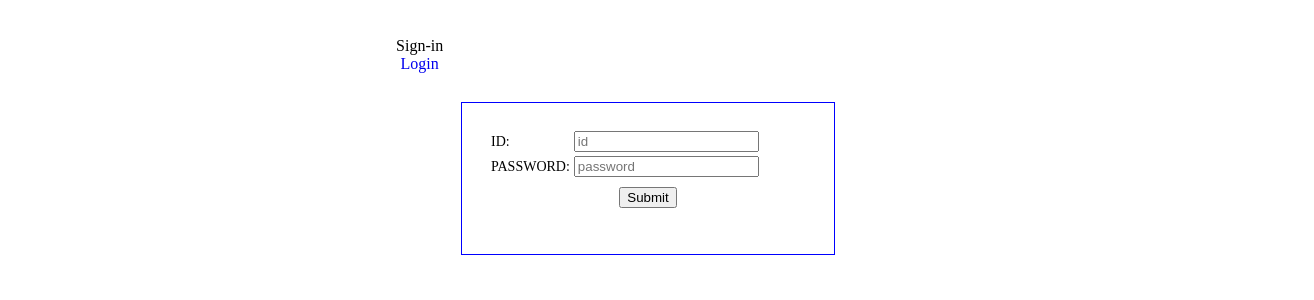
Repository: moshe31sh/Java_ee_final_project_todo_list
Page: http://localhost/Toto_list_final_project/login.jsp
An editor plug-in stored every save of this project. The page is shown before and after the next save, followed by the edit.
The browser window is 1280 px wide. The page is 1314 px wide, so the pictures cover 1314 px, including what lies to the right of the window. The pictures show the whole page.
The page is served by Tomcat 9.

Above is the page before, as saved 2015-12-05 10:42:39.

After the next save:
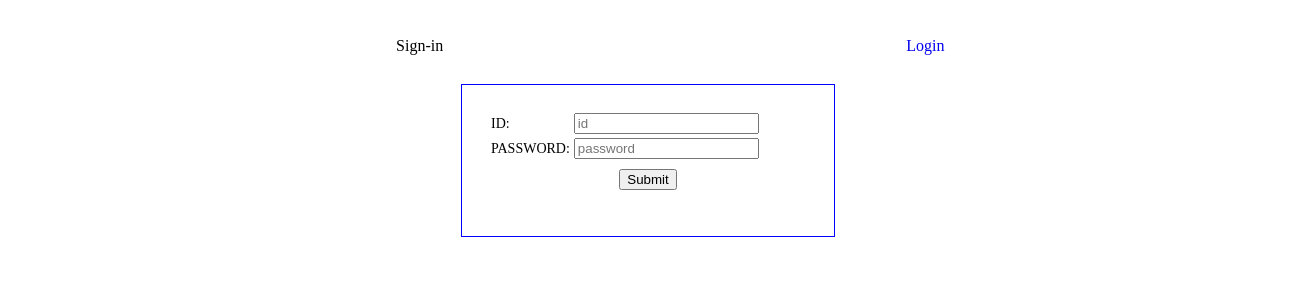
Saved 78 s later.
--- a/Toto_list_final_project/WebContent/CSS/style.css
+++ b/Toto_list_final_project/WebContent/CSS/style.css
@@ -33,7 +33,7 @@ ul{
 	margin-right:auto;
 }
 li{
-	display:block;
+	display:inline-block;
 	width:49%;
 	text-align:center;
 }
